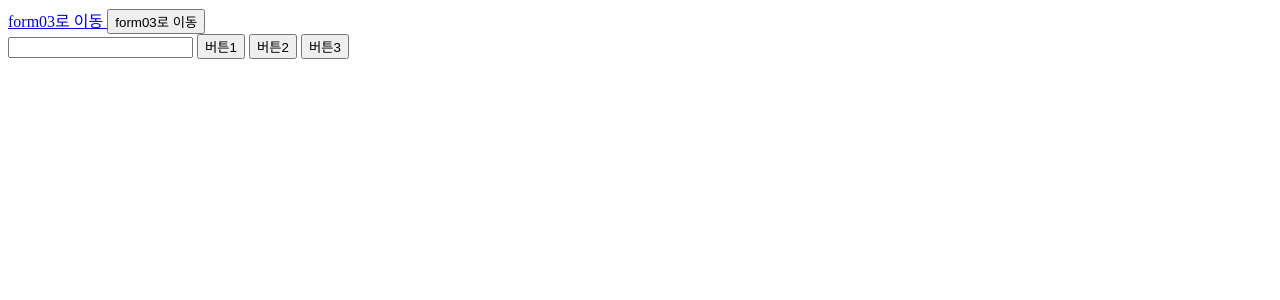
Repository: pyeonm30/PYMjspWorkspace
Page: http://localhost/basicJSP/ex07_from06.jsp
These files come from the project's save history. The page is drawn as it stood at one moment and after the next save; the edit follows.
The browser window is 1280 px wide. The pictures show the whole page.
The page is served by Tomcat 9.

Above is the page before, as saved 2024-01-30 02:11:58.

After the next save:
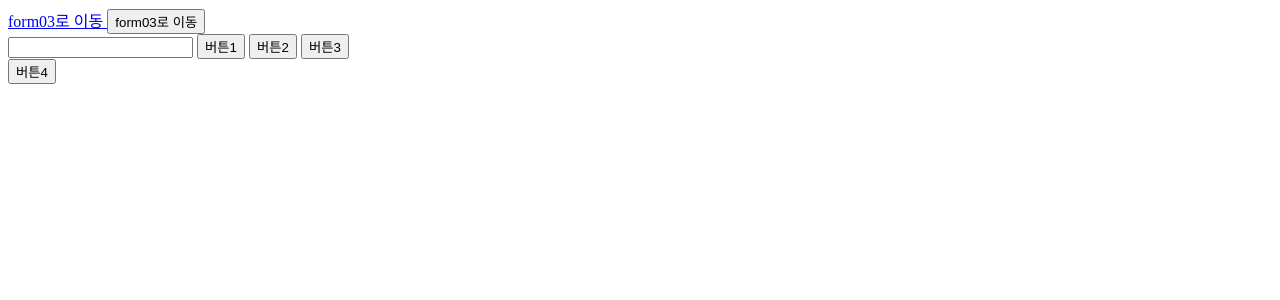
Saved 23 s later.
--- a/basicJSP/src/main/webapp/ex07_from06.jsp
+++ b/basicJSP/src/main/webapp/ex07_from06.jsp
@@ -16,7 +16,7 @@
    	<input type="submit" value="버튼2"/>
    	<button> 버튼3</button>
    </form>
-
+    <button> 버튼4</button>
 </body>
 </html>
 <script>
